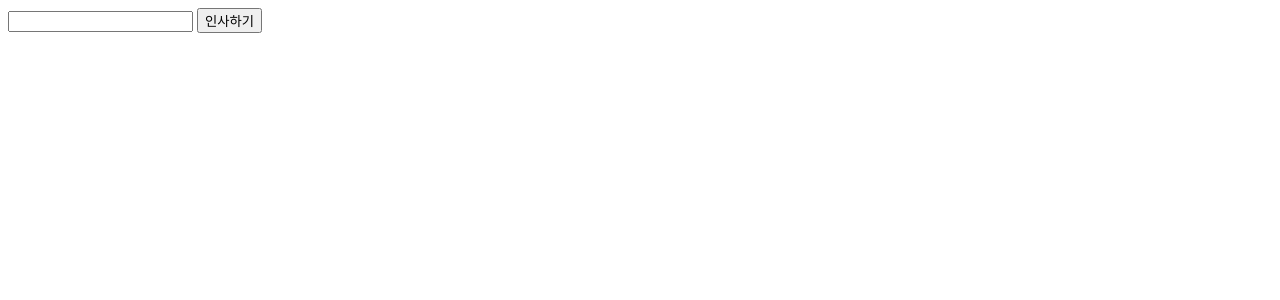
Repository: juntae710/acorn_web
Page: prj0828/src/main/webapp/요청4.html
An editor plug-in stored every save of this project. The page is shown before and after the next save, followed by the edit.
The browser window is 1280 px wide. The pictures show the whole page.

Above is the page before, as saved 2023-08-28 01:26:08.

After the next save:
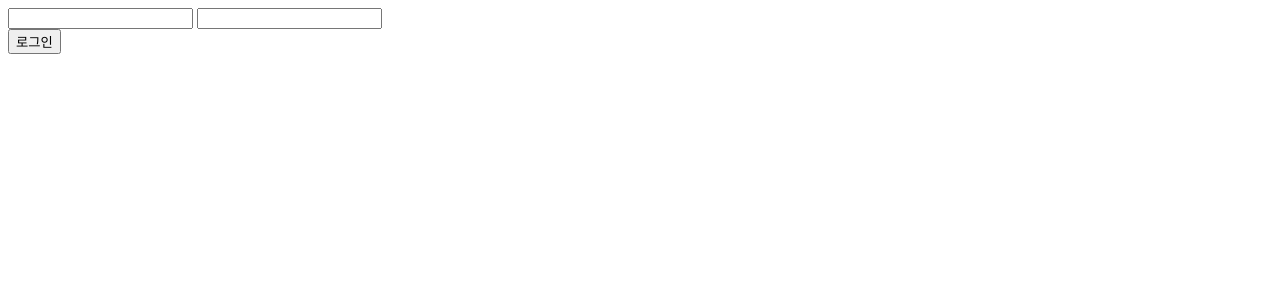
Saved 4 s later.
--- a/prj0828/src/main/webapp/요청4.html
+++ b/prj0828/src/main/webapp/요청4.html
@@ -7,9 +7,13 @@
 </head>
 <body>
 
-	<input type="text" id="userName">
-	<button onclick="hi()">인사하기</button>
+<form>
+	<input type="tsxt">
+	<input type="tsxt"><br>
+	<button>로그인</button>
 
+
+</form>
 
 </body>
 </html>
